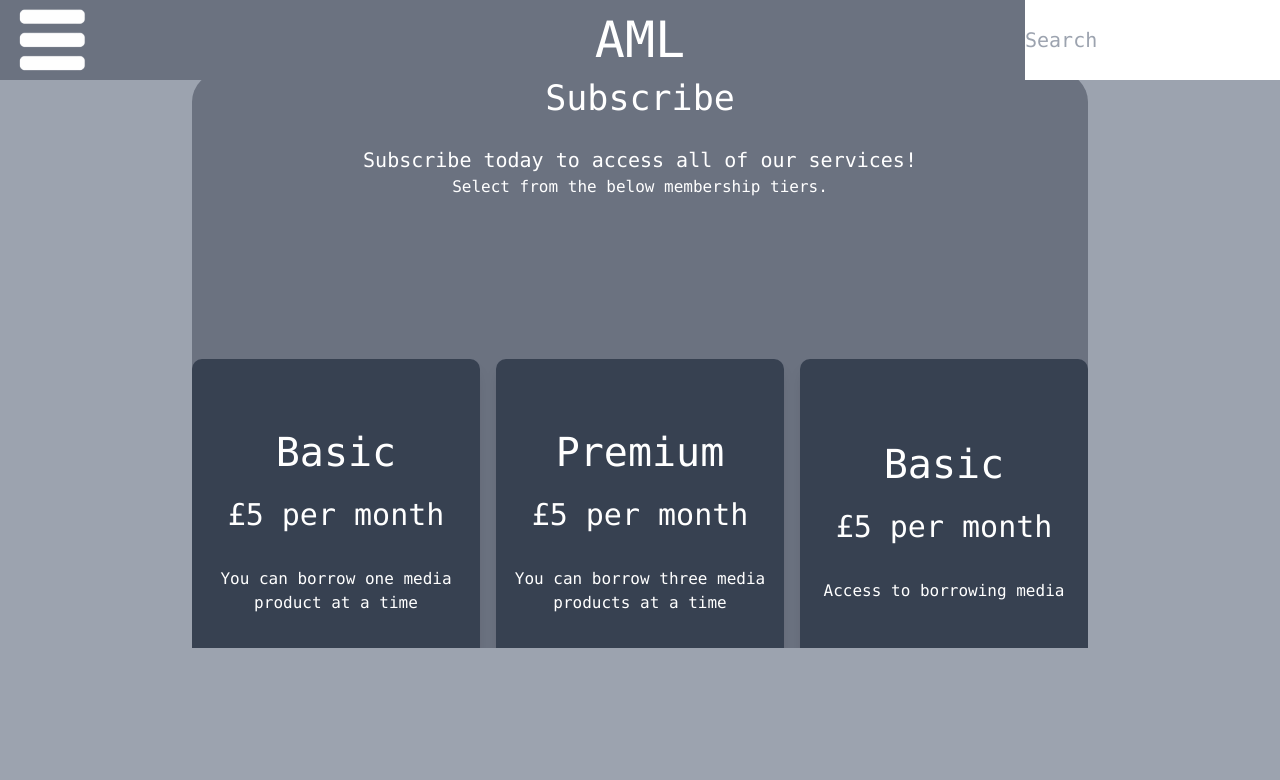
Repository: DuyKhanhDo/AML-Concept
Page: http://localhost/subscribe
The author's editor kept a copy of each file at every save. The page is drawn from the files as they stood at one save, then again after the next save.
The browser window is 1280 px wide. The pictures show the whole page.
Some web libraries are served in a nearby version. The page is served by the project's Laravel application, run on PHP 8.4 with Laravel 12. A made-up administrator, Test User (test@example.com), is signed in. Other server files are loaded and not shown.

Above is the page before, as saved 2024-11-11 13:04:32.

### routes/web.php
<?php

use App\Http\Controllers\RegisterController;
use App\Http\Controllers\LogInController;
use App\Http\Controllers\ProfileController;
use App\Http\Controllers\SubscriptionController;
use Illuminate\Support\Facades\Route;
use Illuminate\Support\Facades\Auth;

Auth::routes();

Route::get('/', function () {
    return view('catalogue');
});

Route::get('/login', [LogInController::class, 'LogInView'])->name('login');
Route::post('/submit-login', [LogInController::class, 'Submit'])->name('submit.login');

Route::get('/register', [RegisterController::class, 'RegisterView'])->name('register');
Route::post('/submit-register', [RegisterController::class, 'Submit'])->name('submit.register');

Route::get('/subscribe', [SubscriptionController::class, 'SubscribeView'])->name('subscribe');

Route::post('/logout', function(){
    Auth::logout();
    return redirect()->back();
})->name('logout');

### app/Models/User.php
<?php

namespace App\Models;

use Illuminate\Auth\Middleware\Authenticate;
use Illuminate\Database\Eloquent\Model;
use Illuminate\Foundation\Auth\User as Authenticatable;
use Illuminate\Notifications\Notifiable;

class User extends Authenticatable
{
    use Notifiable;
    public $timestamps = false;

    protected $table = 'Users';

    protected $fillable = ['name', 'email', 'password', 'dob'];
};

### app/Http/Controllers/SubscriptionController.php
<?php

namespace App\Http\Controllers;

use Illuminate\Http\Request;

class SubscriptionController extends Controller
{
    public function __construct()
    {
        $this->middleware('auth');
    }

    public function SubscribeView()
    {
        return view('subscribe');
    }
}

### resources/views/subscribe.blade.php
<x-base>
    <x-slot:content>
        <main class="flex justify-center items-center h-screen">
            <div class="absolute top-[5vh] bg-gray-500 w-[70vw] h-[80vh] mt-[5vh] rounded-[30px] flex items-center flex-col">
                <h1 class="text-[35px]">Subscribe</h1>
                <h3 class="text-[20px] mt-[20px]">Subscribe today to access all of our services!</h3>
                <h5>Select from the below membership tiers.</h5>
                <div class="flex overflow-x-auto w-full space-x-4 justify-center">
                    <x-subscription-tier tier='Basic' price='£5' benefits='You can borrow one media product at a time'></x-subscription-tier>
                    <x-subscription-tier tier='Premium' price='£5' benefits='You can borrow three media products at a time'></x-subscription-tier>
                    <x-subscription-tier tier='Basic' price='£5' benefits='Access to borrowing media'></x-subscription-tier>
                </div>
            </div>
        </main>
    </x-slot>
</x-base>

### resources/views/components/subscription-tier.blade.php
<button class="bg-gray-700 rounded-[10px] w-[20rem] h-[20rem] shadow-lg mt-[10rem]">
    <h2 class="text-[40px] mb-[10px]">{{ $tier }}</h2>
    <h2 class="text-[30px] mb-[30px]">{{ $price }} per month</h2>
    <h3>{{ $benefits }}</h3>
</button>

### resources/views/components/base.blade.php
<!DOCTYPE html>
<html lang="en">
<head>
    <meta charset="UTF-8">
    <meta name="viewport" content="width=device-width, initial-scale=1.0">
    <title>AML</title>
    <script src="https://cdn.tailwindcss.com"></script>
</head>
<body class="bg-gray-400 font-mono">
    <x-navigation-bar></x-navigation-bar>
    <main class="mt-[5vh] text-white text-center">
        {{ $content }}
    </main>
</body>
</html>

### resources/views/components/navigation-bar.blade.php
<div class="fixed left-0 top-0 w-full h-[5rem] flex items-center justify-center bg-gray-500 m-0 p-0 box-border font-mono z-50">
    <button id="toggle-sidebar" class="absolute left-0 ml-[10px] h-full"><img class="h-full" draggable="false" src="{{ asset('assets/sidebar-img.png') }}" alt=""></button>
    <h1 class="text-[50px] text-white">AML</h1>
    <input type="text" class="absolute right-0 ml-[10px] h-full radius-[20px] text-[20px]" placeholder="Search">
</div>
<div id="sidebar" class="fixed left-0 top-[5rem] bg-gray-500 w-[20rem] h-[95vh] flex flex-col opacity-0 z-50 transition-opacity duraction-900">
    <ul class="text-center text-white w-full flex items-center">
        <x-side-bar-btn :csrf=false method="GET" route="/" name="Catalogue"></x-side-bar-btn>
    </ul>
    <ul class="absolute bottom-0 flex flex-col text-center text-white w-full flex items-center">
        @if (Auth::check())
            <x-side-bar-btn :csrf=true method="POST" route="{{ route('logout') }}" name="Sign out"></x-side-bar-btn>
        @else
            <x-side-bar-btn :csrf=false method="GET" route="{{ route('login') }}" name="Log in"></x-side-bar-btn>
            <x-side-bar-btn :csrf=false method="GET" route="{{ route('register') }}" name="Register"></x-side-bar-btn>
        @endif
    </ul>
</div>

<script>
    const button = document.getElementById('toggle-sidebar')
    const sidebar = document.getElementById('sidebar')

    button.addEventListener('click',function(){
        sidebar.classList.toggle('opacity-0');
        sidebar.classList.toggle('opacity-100');
    })
</script>

### resources/views/components/side-bar-btn.blade.php
<form class="w-full" method="{{ $method }}" action='{{ $route }}'>
    @if ($csrf == true)
        @csrf
    @endif

    <li class="mx-auto bg-gray-700 w-full h-[5rem] mb-[10px] flex items-center justify-center">
        <button type="submit" class="font-mono text-[30px] w-full">
            {{ $name }}
        </button>
    </li>
</form>

Loaded but not shown: app/Http/Controllers/Auth/ConfirmPasswordController.php (common file); app/Http/Controllers/Controller.php (common file)

After the next save:
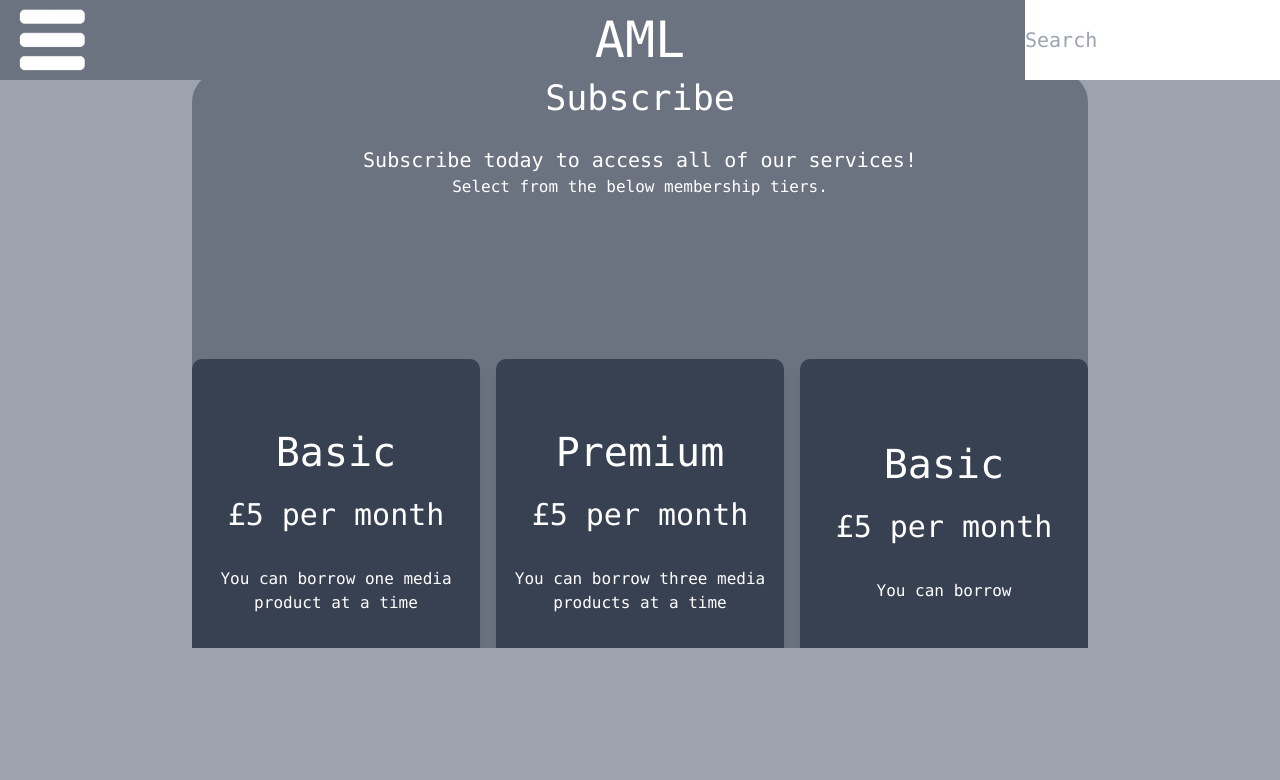
Saved 10 s later.
--- a/resources/views/subscribe.blade.php
+++ b/resources/views/subscribe.blade.php
@@ -8,7 +8,7 @@
                 <div class="flex overflow-x-auto w-full space-x-4 justify-center">
                     <x-subscription-tier tier='Basic' price='£5' benefits='You can borrow one media product at a time'></x-subscription-tier>
                     <x-subscription-tier tier='Premium' price='£5' benefits='You can borrow three media products at a time'></x-subscription-tier>
-                    <x-subscription-tier tier='Basic' price='£5' benefits='Access to borrowing media'></x-subscription-tier>
+                    <x-subscription-tier tier='Basic' price='£5' benefits='You can borrow '></x-subscription-tier>
                 </div>
             </div>
         </main>
